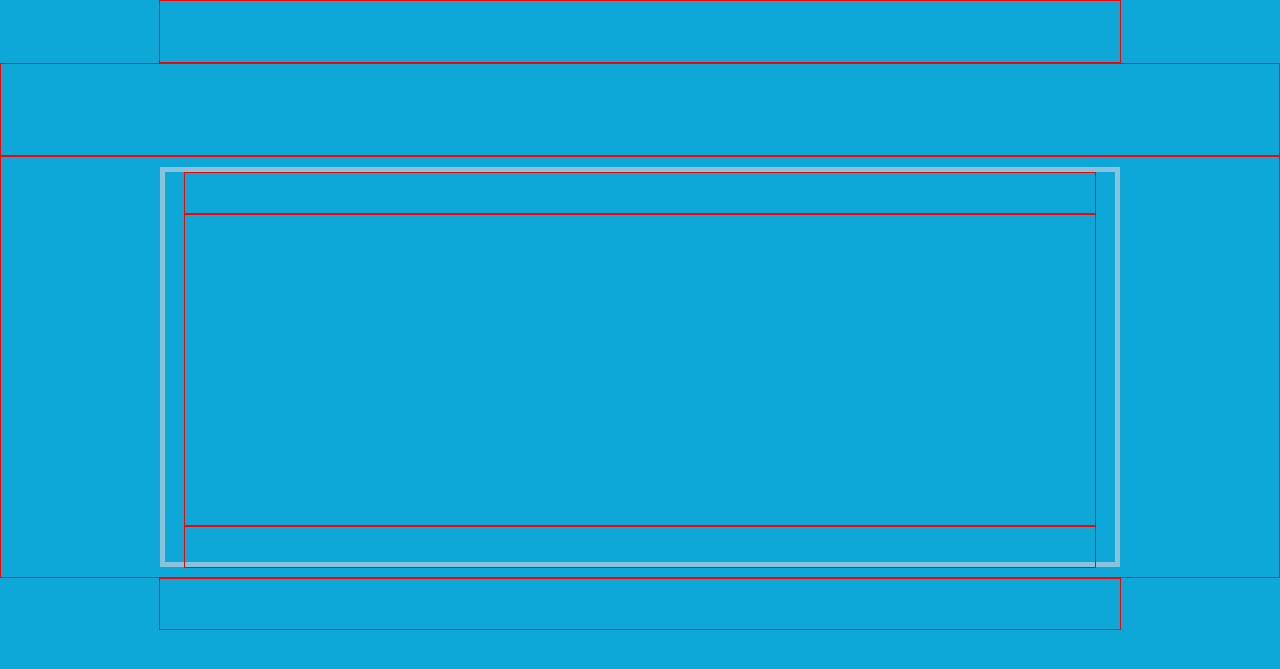
Repository: LYC-Android/JavaWebProject
Page: WebBasic/src/main/webapp/day03/admin_list.html
An editor plug-in stored every save of this project. The page is shown before and after the next save, followed by the edit.
The browser window is 1280 px wide. The pictures show the whole page.

Above is the page before, as saved 2017-09-21 07:40:02.

### WebBasic/src/main/webapp/day03/admin_list.html
<!DOCTYPE html>
<html>
<head>
<meta charset="UTF-8">
<title>管理员列表</title>
<link rel="stylesheet" href="list.css">
</head>
<body>
	<!-- LOGO区 -->
	<div class="logo"></div>
	<!-- 菜单区 -->
	<div class="menu"></div>
	<!-- 核心区 -->
	<div class="core">
		<!-- 渐变条:不用单独分区,直接设置背景即可,但需要预留出空间. -->

		<!-- 内容区 -->
		<div class="content">
			<!-- 顶部按钮 -->
			<div class="btn"></div>
			<!-- 中间数据 -->
			<div class="data"></div>
			<!-- 分页区 -->
			<div class="page"></div>
		</div>

	</div>
	<!-- 版权区 -->
	<div class="copy"></div>
</body>
</html>

### WebBasic/src/main/webapp/day03/list.css
@charset "UTF-8";
/*0.d对网页进行统一的设置*/
* {
 padding:0;
 margin:0;
}

/*1.给网页分区设置每个区域的尺寸*/
div{
	border: 1px solid red;
 margin: 0 auto;
}

.logo{
	width: 960px;
	height: 61px;
}

.menu{
	height: 91px;
}

.core{
	height: 410px;
	/*内边距的空间用来放渐变条*/
	padding-top: 10px;
}

.copy{
	width: 960px;
	height: 50px;
}

.content{
	width: 950px;
	height: 390px;
	border: 5px solid #8ac1db;
}

.content>div{
	width: 910px;
	height: 40px;
}

.content .data{
	height: 310px;
}

/*2.给网页设置背景(背景色，背景图)*/
body{
	background-color: #0EA8D8
}

After the next save:
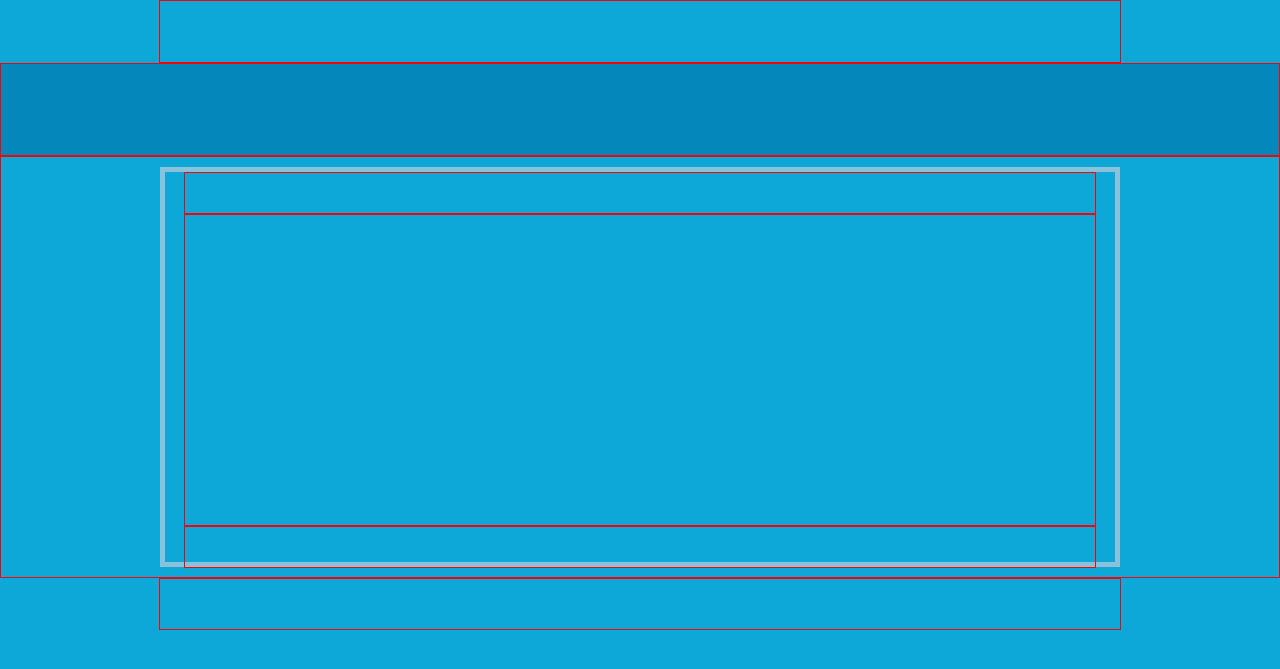
Saved 4 min 39 s later.
--- a/WebBasic/src/main/webapp/day03/list.css
+++ b/WebBasic/src/main/webapp/day03/list.css
@@ -48,5 +48,8 @@ div{
 
 /*2.给网页设置背景(背景色，背景图)*/
 body{
-	background-color: #0EA8D8
+	background-color: #0EA8D8;
 }
+.menu{
+	background-color: #0488BB;
+}
